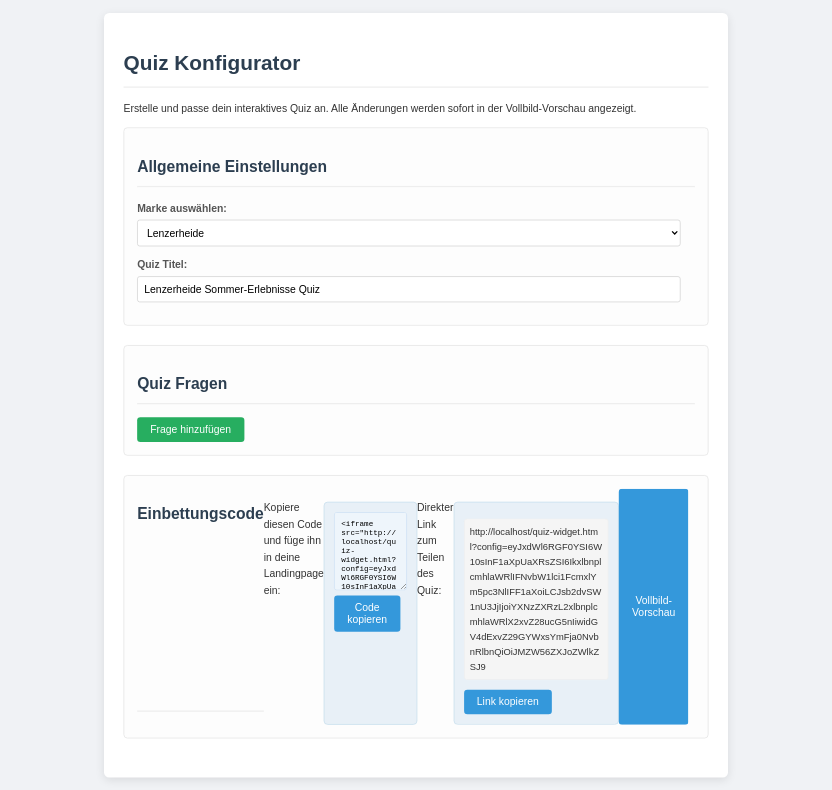
Repository: SandroGansner/LMS-Quiz-Builder
Page: quiz-editor.html
An editor plug-in stored every save of this project. The page is shown before and after the next save, followed by the edit.
The browser window is 1280 px wide. The pictures show the whole page, at 65% of full size.

Above is the page before, as saved 2025-06-04 12:57:05.

After the next save:
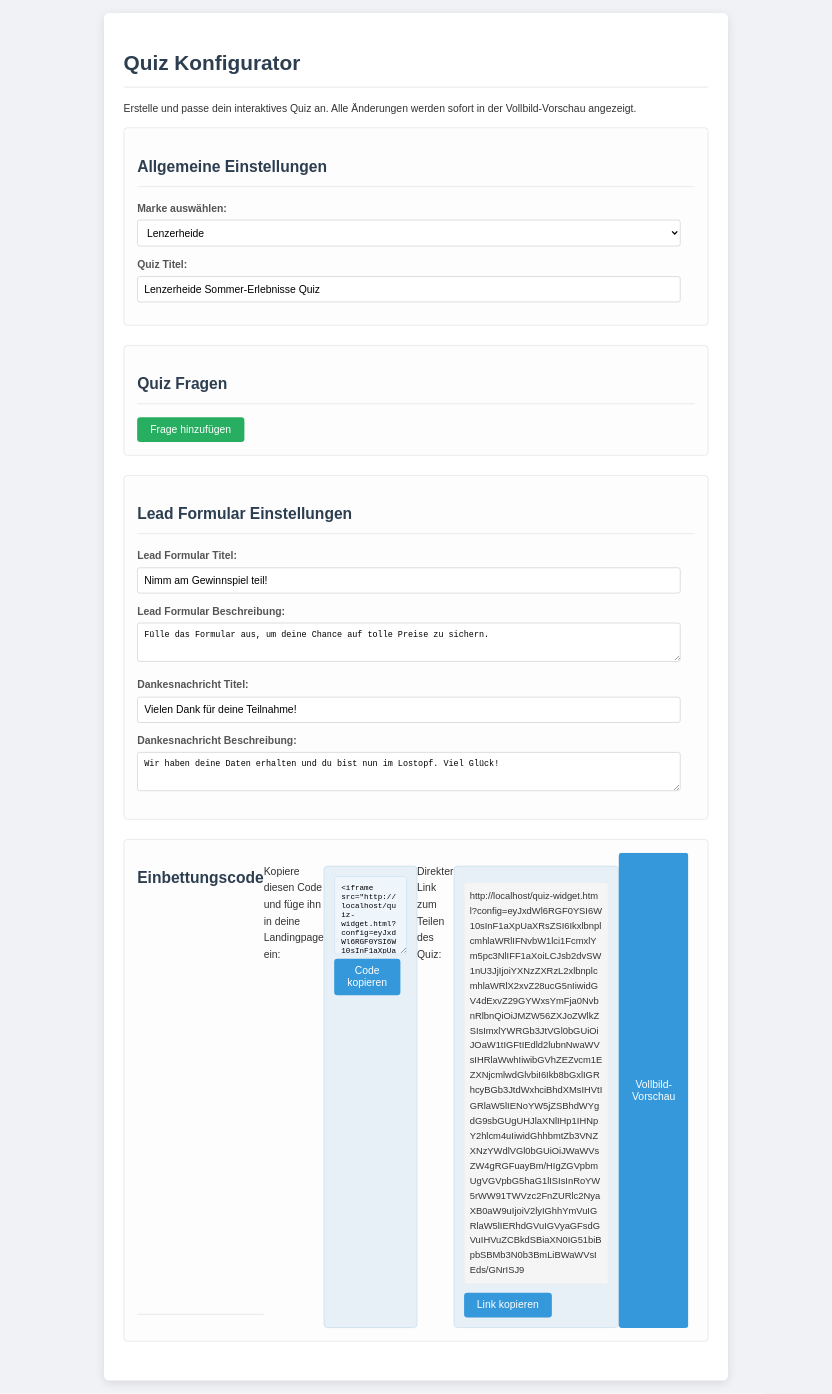
Saved 112 s later.
--- a/quiz-editor.html
+++ b/quiz-editor.html
@@ -219,6 +219,26 @@
             <button class="add-question-btn" id="addQuestionBtn">Frage hinzufügen</button>
         </div>
 
+        <div class="section">
+            <h2>Lead Formular Einstellungen</h2>
+            <div class="form-group">
+                <label for="leadFormTitle">Lead Formular Titel:</label>
+                <input type="text" id="leadFormTitle" value="Nimm am Gewinnspiel teil!">
+            </div>
+            <div class="form-group">
+                <label for="leadFormDescription">Lead Formular Beschreibung:</label>
+                <textarea id="leadFormDescription">Fülle das Formular aus, um deine Chance auf tolle Preise zu sichern.</textarea>
+            </div>
+            <div class="form-group">
+                <label for="thankYouMessageTitle">Dankesnachricht Titel:</label>
+                <input type="text" id="thankYouMessageTitle" value="Vielen Dank für deine Teilnahme!">
+            </div>
+            <div class="form-group">
+                <label for="thankYouMessageDescription">Dankesnachricht Beschreibung:</label>
+                <textarea id="thankYouMessageDescription">Wir haben deine Daten erhalten und du bist nun im Lostopf. Viel Glück!</textarea>
+            </div>
+        </div>
+
         <div class="section"  style="display: flex; justify-content: center;">
             <h2>Einbettungscode</h2>
             <p>Kopiere diesen Code und füge ihn in deine Landingpage ein:</p>
@@ -248,6 +268,12 @@
         const messageBox = document.getElementById('messageBox');
         const quizTitleInput = document.getElementById('quizTitle');
         const brandSelect = document.getElementById('brandSelect');
+
+        // Lead form elements
+        const leadFormTitleInput = document.getElementById('leadFormTitle');
+        const leadFormDescriptionInput = document.getElementById('leadFormDescription');
+        const thankYouMessageTitleInput = document.getElementById('thankYouMessageTitle');
+        const thankYouMessageDescriptionInput = document.getElementById('thankYouMessageDescription');
 
         /**
          * Displays a temporary message to the user.
@@ -446,6 +472,10 @@
                 quizTitle: quizTitleInput.value,
                 logoImgSrc: brand === 'lenzerheide' ? 'assets/lenzerheide_logo.png' : 'assets/bike_kingdom_logo.png',
                 textLogoFallbackContent: brand === 'lenzerheide' ? 'Lenzerheide' : 'Bike Kingdom',
+                leadFormTitle: leadFormTitleInput.value,
+                leadFormDescription: leadFormDescriptionInput.value,
+                thankYouMessageTitle: thankYouMessageTitleInput.value,
+                thankYouMessageDescription: thankYouMessageDescriptionInput.value
             };
             console.log('Generated config:', config);
             return config;
@@ -524,6 +554,12 @@
             console.log('Brand changed to:', brandSelect.value);
             applyPresets(brandSelect.value);
         });
+
+        quizTitleInput.addEventListener('input', updateQuiz);
+        leadFormTitleInput.addEventListener('input', updateQuiz);
+        leadFormDescriptionInput.addEventListener('input', updateQuiz);
+        thankYouMessageTitleInput.addEventListener('input', updateQuiz);
+        thankYouMessageDescriptionInput.addEventListener('input', updateQuiz);
 
         document.addEventListener('DOMContentLoaded', () => {
             console.log('DOMContentLoaded event fired in quiz-editor.html');
